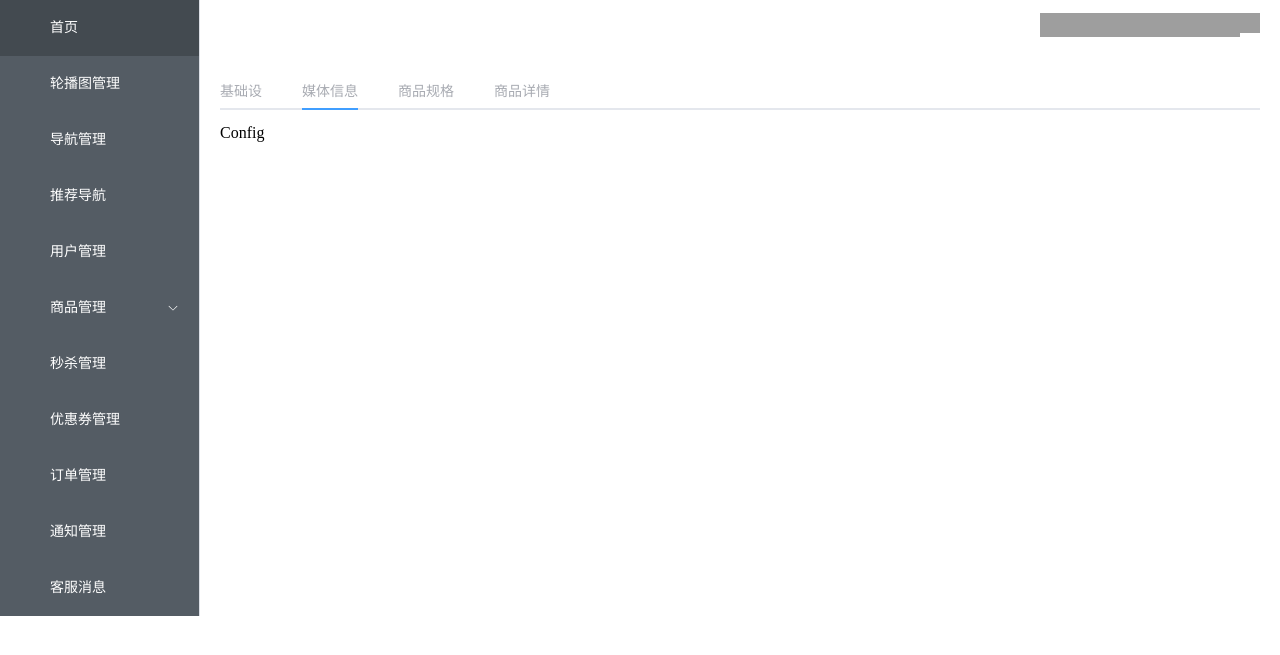
Repository: xinwuhao/CCG
Page: /addgoods
These files come from the project's save history. The page is drawn as it stood at one moment and after the next save; the edit follows.
The browser window is 1280 px wide. The pictures show the whole page.
Pictures or frames that could not be fetched are drawn as grey boxes. The page's requests for data from a server got no answer. The project was rebuilt for these pictures with package versions that can differ from the ones it lists, and the page was loaded fresh each time. No one was signed in, and anything a server would have sent is missing. Also part of the build but not shown: vite.config.ts.

Above is the page before, as saved 2021-09-24 14:17:14.

### src/main.ts
import { createApp } from 'vue'
import App from "./App.vue";
import router from "./router"
import ElementPlus from 'element-plus'
import 'element-plus/dist/index.css'
import * as Icons from '@element-plus/icons'
import { toLine } from './utils/index'

const app = createApp(App)

for (let i in Icons) {
    app.component(`el-icon${toLine(i)}`, (Icons as any)[i])
}

app.use(router)
app.use(ElementPlus)
app.mount('#app')

### src/App.vue
<template>
  <div>
    <router-view></router-view>
  </div>
</template>

<script setup lang="ts">
</script>

<style lang='scss'>
@import "./scssbox.scss";
</style>

### src/router/index.ts
import { createRouter, createWebHistory, RouteRecordRaw } from 'vue-router'
// import Home from '../views/homepage/homepage.vue'
import Layout from '../views/layout/Layout.vue'

const routes: Array<RouteRecordRaw> = [
  {
    path: '/login',
    name: 'Logon',
    component: () => import('../views/login/Login.vue'),
    meta: {
      title: '登录'
    }
  },
  {
    path: '/',
    component: Layout,
    // 子路由: children
    children: [
      {
        path: '/',
        name: '/',
        component: () => import('../views/homepage/homepage.vue'),
        meta: {
          title: '首页',
          meta: '/homepage'
        }
      },
      {
        path: '/discount',
        name: 'discount',
        component: () => import('../views/discount/discount.vue'),
        meta: {
          title: '优惠券管理',
          meta: '/discount'
        }
      },
      {
        path: '/navigation',
        name: 'navigation',
        component: () => import('../views/navigation/navigation.vue'),
        meta: {
          title: '导航管理',
          meta: '/navigation'
        }
      },
      {
        path: '/swiper',
        name: 'swiper',
        component: () => import('../views/swiper/swiper.vue'),
        meta: {
          title: '轮播图管理',
          meta: '/swiper'
        }
      },
      {
        path: '/recommend',
        name: 'recommend',
        component: () => import('../views/recommend/recommend.vue'),
        meta: {
          title: '推荐导航',
          meta: '/recommend'
        }
      },
      {
        path: '/user',
        name: 'user',
        component: () => import('../views/user/user.vue'),
        meta: {
          title: '用户管理',
          meta: '/user'
        }
      },
      {
        path: '/addgoods',
        name: 'addgoods',
        component: () => import('../views/goods/addgoods.vue'),
        meta: {
          title: '添加商品',
          meta: '/addgoods'
        }
      },
      {
        path: '/sortgoods',
        name: 'sortgoods',
        component: () => import('../views/goods/sortgoods.vue'),
        meta: {
          title: '商品分类',
          meta: '/sortgoods'
        }
      },
      {
        path: '/modelgoods',
        name: 'modelgoods',
        component: () => import('../views/goods/modelgoods.vue'),
        meta: {
          title: '商品模型',
          meta: '/modelgoods'
        }
      },
      {
        path: '/specsgoods',
        name: 'specsgoods',
        component: () => import('../views/goods/specsgoods.vue'),
        meta: {
          title: '商品规格',
          meta: '/specsgoods'
        }
      },
      {
        path: '/parametergoods',
        name: 'parametergoods',
        component: () => import('../views/goods/parametergoods.vue'),
        meta: {
          title: '商品参数',
          meta: '/parametergoods'
        }
      },
      {
        path: '/specifications',
        name: 'specifications',
        component: () => import('../views/goods/specifications.vue'),
        meta: {
          title: '规格参数',
          meta: '/specifications'
        }
      },
      {
        path: '/seckill',
        name: 'seckill',
        component: () => import('../views/seckill/seckill.vue'),
        meta: {
          title: '秒杀管理',
          meta: '/seckill'
        }
      },
      {
        path: '/order',
        name: 'order',
        component: () => import('../views/order/order.vue'),
        meta: {
          title: '订单管理',
          meta: '/order'
        }
      },
      {
        path: '/notice',
        name: 'notice',
        component: () => import('../views/notice/notice.vue'),
        meta: {
          title: '通知管理',
          meta: '/notice'
        }
      },
      {
        path: '/news',
        name: 'news',
        component: () => import('../views/news/news.vue'),
        meta: {
          title: '客服消息',
          meta: '/news'
        }
      },
    ]
  }
]

const router = createRouter({
  history: createWebHistory(),
  routes
})

router.beforeEach((to, from, next) => {
  document.title = to.meta.title as string
  next()
})

export default router

### src/utils/index.ts
export const toLine = (str: string) => {
  return str.replace(/([A-Z])/g, "-$1").toLowerCase()
}

### src/scssbox.scss
* {
    margin: 0;
    padding: 0;
}

html,
body,
#app,
.el-container,
.el-menu {
    height: 100%;
}

### src/views/layout/Layout.vue
<template>
  <el-container>
    <el-aside width="auto">
      <nav-left :isCollapse='isCollapse'></nav-left>
    </el-aside>
    <el-container>
     <el-header>
        <nav-header v-model:isCollapse='isCollapse'></nav-header>
     </el-header>
      <el-main>
        <router-view></router-view>
      </el-main>
    </el-container>
  </el-container>
</template>

<script setup lang="ts">
import { ref, reactive } from 'vue'
import NavHeader from  '../../components/navHeader/NavHeader.vue'
import NavLeft from  '../../components/navLeft/NavLeft.vue'

interface Data {
  name: string,
  age: number
}

let isCollapse = ref<boolean>(false)
let data = reactive<Data>({
  name: 'jack',
  age: 20
})
</script>

<style scoped lang="scss">
.el-header {
  height: 50px;
  padding: 0;
}
</style>

### src/views/goods/addgoods.vue
<template>
  <div>
    <div v-if="judge == 0">
      <div class="searchBox">
        <el-input
          placeholder="请输入内容"
          v-model="input"
          clearable
          class="inputBox"
        >
        </el-input>
        <el-button icon="el-icon-search" @click="obtain"></el-button>
        <el-button type="primary" @click="ON">添加商品</el-button>
      </div>
      <!-- 表格 -->
      <div style="margin-top: 20px">
        <el-table :data="tableData" border style="width: 100%">
          <el-table-column label="#" type="index" width="50"> </el-table-column>
          <el-table-column prop="content" label="商品名称"> </el-table-column>
          <el-table-column prop="content" label="商品原价"> </el-table-column>
          <el-table-column prop="content" label="商品现价"> </el-table-column>
          <el-table-column prop="content" label="商品库存"> </el-table-column>
          <el-table-column label="是否新品">
            <template #default="scope">
              <div>
                {{ scope.row.isShow == true ? "是" : "否" }}
              </div>
            </template>
          </el-table-column>
          <el-table-column label="是否热卖">
            <template #default="scope">
              <div>
                {{ scope.row.isShow == true ? "是" : "否" }}
              </div>
            </template>
          </el-table-column>
          <el-table-column label="是否推荐">
            <template #default="scope">
              <div>
                {{ scope.row.isShow == true ? "是" : "否" }}
              </div>
            </template>
          </el-table-column>
          <el-table-column fixed="right" label="上下架">
            <template #default="scope">
              <el-switch
                v-model="scope.row.isShow"
                active-color="#1E90FF"
                inactive-color="#ff4949"
                @change="chen(scope.row)"
              >
              </el-switch>
            </template>
          </el-table-column>
          <el-table-column fixed="right" label="操作">
            <template #default="scope">
              <el-button @click="reduce(scope.row)" type="text" size="small"
                >删除</el-button
              >
              <el-button type="text" size="small" @click="alter(scope.row)"
                >编辑</el-button
              >
            </template>
          </el-table-column>
        </el-table>
      </div>
    </div>

    <!-- 添加商品弹出层 -->
    <div v-if="judge !== 0">
      <el-tabs v-model="judge">
        <el-tab-pane label="基础设" name="1" disabled>
          <el-form :model="swiper" ref="ruleForm" class="demo-ruleForm">
            <el-form-item label="商品名称:" prop="name">
              <el-input v-model="swiper.name" class="inpud"></el-input>
            </el-form-item>
            <el-form-item label="商品分类:" prop="category">
              <el-select
                v-model="swiper.category"
                placeholder="Select"
                style="width: 100%"
              >
                <el-option-group
                  v-for="group in options"
                  :key="group.name"
                  :label="group.name"
                >
                  <el-option
                    v-for="item in group.list"
                    :key="item.name"
                    :label="item.name"
                    :value="item._id"
                  >
                  </el-option>
                </el-option-group>
              </el-select>
            </el-form-item>
            <el-form-item label="商品原价:" prop="originalPrice">
              <el-input v-model="swiper.originalPrice" class="inpud"></el-input>
            </el-form-item>
            <el-form-item label="商品现价:" prop="presentPrice">
              <el-input v-model="swiper.presentPrice" class="inpud"></el-input>
            </el-form-item>
            <el-form-item label="封面图:" prop="cover">
              <el-upload
                class="upload-demo"
                action="http://localhost:1001/admin/upload"
                :headers="abc"
                :on-success="upimg"
                list-type="picture"
                :file-list="fileList"
              >
                <div class="blueFont">点击上传图片</div>
              </el-upload>
            </el-form-item>
            <el-form-item label="商品单位:" prop="company">
              <el-input v-model="swiper.company" class="inpud"></el-input>
            </el-form-item>
            <el-form-item label="商品库存" prop="stock">
              <el-input v-model="swiper.stock" class="inpud"></el-input>
            </el-form-item>
            <el-form-item label="商品简介" prop="introduction">
              <el-input
                v-model="swiper.introduction"
                :rows="2"
                type="textarea"
                placeholder="请输入商品简介"
              />
            </el-form-item>
            <el-form-item label="推荐介绍" prop="sellDesc">
              <el-input
                v-model="swiper.sellDesc"
                :rows="4"
                type="textarea"
                placeholder="请输入推荐介绍"
              />
            </el-form-item>

            <el-form-item label="是否新品" prop="isNewGood">
              <el-switch
                v-model="swiper.isNewGood"
                active-color="#13ce66"
                inactive-color="#ff4949"
                @change="chen"
              >
              </el-switch>
            </el-form-item>
            <el-form-item label="是否热销" prop="isHot">
              <el-switch
                v-model="swiper.isHot"
                active-color="#13ce66"
                inactive-color="#ff4949"
                @change="chen"
              >
              </el-switch>
            </el-form-item>
            <el-form-item label="是否推荐" prop="isRecommend">
              <el-switch
                v-model="swiper.isRecommend"
                active-color="#13ce66"
                inactive-color="#ff4949"
                @change="chen"
              >
              </el-switch>
            </el-form-item>
          </el-form>
          <div>
            <el-button @click="judge = '0'">取消</el-button>
            <el-button type="primary" @click="confirm">确定</el-button>
          </div>
        </el-tab-pane>

        <el-tab-pane label="媒体信息" name="2" disabled>Config</el-tab-pane>
        <el-tab-pane label="商品规格" name="3" disabled>Role</el-tab-pane>
        <el-tab-pane label="商品详情" name="4" disabled>Task</el-tab-pane>
      </el-tabs>
    </div>
  </div>
</template>

<script setup lang="ts">
import { ref, onMounted } from "vue";
import api from "../../http/aip";
import { ElMessage } from "element-plus";

// 输入框
let input = ref<any>("");
//切换层
let judge = ref<string>("2");
//上传图片token
let abc = { Authorization: localStorage.getItem("token") };
//接受图片路径
let fileList = ref<any>([]);
// 下拉
let options = ref<any>([]);
//表格数据
let tableData = ref<any>([]);
//表单
let swiper = ref<any>({
  name: "",
  category: "",
  cover: "",
  isHot: true,
  isRecommend: true,
  originalPrice: "",
  presentPrice: "",
  introduction: "",
  company: "",
  stock: "",
  isNewGood: true,
  sellDesc: "",
});
//表单确定键
let confirm = () => {
  judge.value = "2";
};
//添加按钮
let ON = () => {
  judge.value = "1";
};
//上传图片请求成功
let upimg = (file: any) => {
  swiper.value.cover = file.data;
};
// 获取分类
let sort = () => {
  api
    .getCategory("")
    .then((res: any) => {
      if (res.code == 200) {
        options.value = res.data;
      }
    })
    .catch((err: any) => {
      console.log(err);
    });
};
//删除
let reduce = (e: any) => {
  api
    .delNotice(e._id)
    .then((res: any) => {
      if (res.code == 200) {
        ElMessage.success({
          message: `${res.msg}`,
          type: "success",
        });
        obtain();
      } else ElMessage.error(`${res.msg}`);
    })
    .catch((err: any) => {
      console.log(err);
    });
};
//显示
let chen = (e: any) => {
  api
    .showNotice({
      id: e._id,
      isShow: e.isShow,
    })
    .then((res: any) => {
      if (res.code == 200) {
        ElMessage.success({
          message: `${res.msg}`,
          type: "success",
        });
        obtain();
      } else ElMessage.error(`${res.msg}`);
    })
    .catch((err: any) => {
      console.log(err);
    });
};
let current = ref<number>(1);
let pageSize = ref<number>(10);
//获取数据
let obtain = () => {
  api
    .getNotice({
      current: current.value,
      pageSize: pageSize.value,
      query: input.value,
    })
    .then((res: any) => {
      if (res.code == 200) {
        tableData.value = res.data;
      }
    })
    .catch((err: any) => {
      console.log(err);
    });
};
onMounted(() => {
  obtain();
  sort();
});
</script>

<style scoped>
.searchBox {
  display: flex;
}
.inputBox {
  width: 300px;
}
.blueFont {
  color: #1e90ff;
}
.imgBox {
  width: 100px;
  height: 100px;
}
</style>

### src/components/navHeader/NavHeader.vue
<template>
  <div class="header">
    <div @click="toggle" class="cent">
      <el-icon-expand v-if="isCollapse"></el-icon-expand>
      <el-icon-fold v-else></el-icon-fold>
      <div class="cenn">
        <iframe
          width="200"
          height="24"
          frameborder="0"
          scrolling="no"
          hspace="0"
          src="https://i.tianqi.com/?c=code&id=11"
        ></iframe>
        <div>
          <img
            src="https://img0.baidu.com/it/u=3730772664,138405132&fm=26&fmt=auto"
            class="img"
          />
        </div>
      </div>
    </div>
  </div>
</template>

<script lang='ts' setup>
import { ref } from "vue";
import { Fold, Expand } from "@element-plus/icons";

let props = defineProps({
  isCollapse: {
    type: Boolean,
    default: false,
  },
});
let emits = defineEmits(["update:isCollapse"]);
let toggle = () => {
  emits("update:isCollapse", !props.isCollapse);
};
</script>

<style lang='scss' scoped>
svg {
  width: 20px;
  height: 20px;
}
.header {
  height: 50px;
  display: flex;
  align-items: center;
  padding: 0 20px;
}
.cent {
  display: flex;
  width: 100%;
}
.cenn {
  display: flex;
  justify-content: flex-end;
  width: 100%;
}
.img {
  width: 20px;
  height: 20px;
}
</style>

### src/components/navLeft/NavLeft.vue
<template>
  <el-menu
    :uniqueOpened="true"
    default-active="1"
    class="el-menu"
    background-color="#545c64"
    text-color="#fff"
    active-text-color="#ffd04b"
    :collapse="isCollapse"
    :router="true"
  >
    <template v-for="(item, index) in arr" :key="index">
      <el-menu-item :index="item.path" v-if="item.name !== '商品管理'">
        <component :is="item.i" class="iconbox"></component>
        <template #title>{{ item.name }}</template>
      </el-menu-item>
      <el-sub-menu :index="item.path" v-else>
        <template #title>
          <component :is="item.i" class="iconbox"></component>
          <span>{{ item.name }}</span>
        </template>
        <template v-for="(item1, index1) in arr1" :key="index1">
          <el-menu-item :index="item1.path">
            <component :is="item1.i" class="iconbox"></component>
            <span> {{ item1.name }}</span>
          </el-menu-item>
        </template>
      </el-sub-menu>
    </template>
  </el-menu>
</template>

<script lang='ts' setup>
import { ref } from "vue";
let arr = ref<any>([
  { name: "首页", i: "el-icon-house", path: "/" },
  { name: "轮播图管理", i: "el-icon-help", path: "/swiper" },
  { name: "导航管理", i: "el-icon-data-line", path: "/navigation" },
  { name: "推荐导航", i: "el-icon-document-copy", path: "/recommend" },
  { name: "用户管理", i: "el-icon-user", path: "/user" },
  { name: "商品管理", i: "el-icon-paperclip", path: "" },
  { name: "秒杀管理", i: "el-icon-reading", path: "/seckill" },
  { name: "优惠券管理", i: "el-icon-coin", path: "/discount" },
  { name: "订单管理", i: "el-icon-set-up", path: "/order" },
  { name: "通知管理", i: "el-icon-microphone", path: "/notice" },
  { name: "客服消息", i: "el-icon-chat-line-round", path: "/news" },
]);
let arr1 = ref<any>([
  { name: "添加商品", i: "el-icon-document-add", path: "/addgoods" },
  { name: "商品分类", i: "el-icon-tickets", path: "/sortgoods" },
  { name: "商品模型", i: "el-icon-set-up", path: "/modelgoods" },
  { name: "商品规格", i: "el-icon-position", path: "/specsgoods" },
  { name: "商品参数", i: "el-icon-cpu", path: "/parametergoods" },
  { name: "规格参数", i: "el-icon-takeaway-box", path: "/specifications" },
]);
let props = defineProps({
  isCollapse: {
    type: Boolean,
    default: false,
  },
});
</script>

<style lang='scss' scoped>
.el-menu:not(.el-menu--collapse) {
  width: 200px;
}
.iconbox {
  width: 20px;
  height: 20px;
  margin-right: 10px;
}
</style>

### src/http/index.ts
import axios, { AxiosError, AxiosRequestConfig, AxiosResponse } from 'axios'


const http = axios.create({
   baseURL: 'http://localhost:1001',
   timeout: 10000
})


http.interceptors.request.use((config: AxiosRequestConfig) => {
   let token = localStorage.getItem('token')
   if (token) {
      config.headers['Authorization'] = token
   }
   return config
}, (err: AxiosError) => {
   return Promise.reject(err)
})


http.interceptors.response.use((res: any) => {
   return res.data
}, (err: AxiosError) => {
   let status: number = err.response! && err.response!.status
   if (status === 401) {

   }
   if (status === 400) {

   }
   if (status === 403) {

   }
   if (status === 404) {

   }
   if (status === 500) {

   }
   if (status === 503) {

   }
   return Promise.reject(err)
})


export default http

Loaded but not shown: index.html (common file); src/http/aip.ts (465 lines, source omitted)

After the next save:
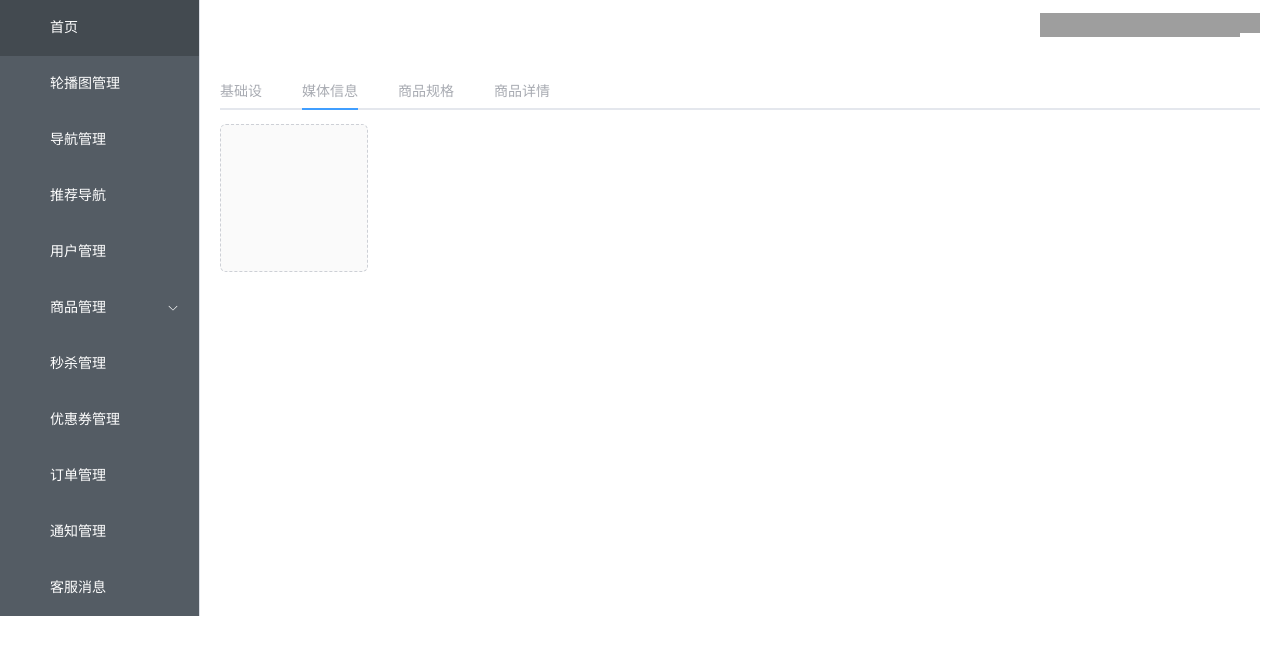
Saved 114 s later.
--- a/src/views/goods/addgoods.vue
+++ b/src/views/goods/addgoods.vue
@@ -170,7 +170,19 @@
           </div>
         </el-tab-pane>
 
-        <el-tab-pane label="媒体信息" name="2" disabled>Config</el-tab-pane>
+        <el-tab-pane label="媒体信息" name="2" disabled>
+          <el-upload
+            action="https://jsonplaceholder.typicode.com/posts/"
+            list-type="picture-card"
+            :on-preview="handlePictureCardPreview"
+            :on-remove="handleRemove"
+          >
+            <i class="el-icon-plus"></i>
+          </el-upload>
+          <el-dialog v-model="dialogVisible">
+            <img width="100%" :src="dialogImageUrl" alt="" />
+          </el-dialog>
+        </el-tab-pane>
         <el-tab-pane label="商品规格" name="3" disabled>Role</el-tab-pane>
         <el-tab-pane label="商品详情" name="4" disabled>Task</el-tab-pane>
       </el-tabs>
